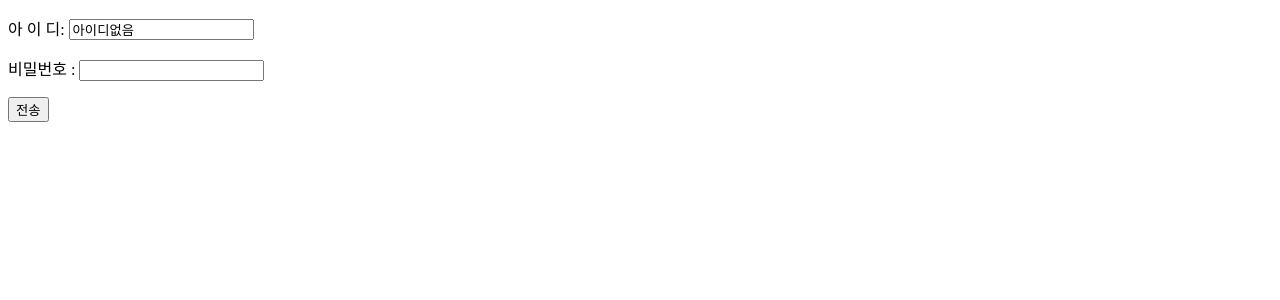
Repository: iwanttogohomenow/jspwork
Page: http://localhost/first/08_05_01_request01.jsp
These files come from the project's save history. The page is drawn as it stood at one moment and after the next save; the edit follows.
The browser window is 1280 px wide. The pictures show the whole page.
The page is served by Tomcat 9. Other server files are loaded and not shown.

Above is the page before, as saved 2023-03-07 03:56:01.

### first/src/main/webapp/08_05_01_request01.jsp
<%@ page language="java" contentType="text/html; charset=UTF-8"
	pageEncoding="UTF-8"%>
<!DOCTYPE html>
<%
String ids = request.getParameter("id") !=
null ? request.getParameter("id") : "아이디없음";
%>
<html>
<head>
<title>Implicit Objects</title>
</head>
<body>
	<form action="08_05_01_request01_process.jsp" method="get">
		<!-- <form method="get"> -->
		<p>
			아 이 디: <input type="text" name="id" value="<%=ids%>">
		</p>
		<p>
			비밀번호 : <input type="password" name="passwd">
		</p>
		<input type="submit" value="전송" />


	</form>

</body>
</html>

After the next save:
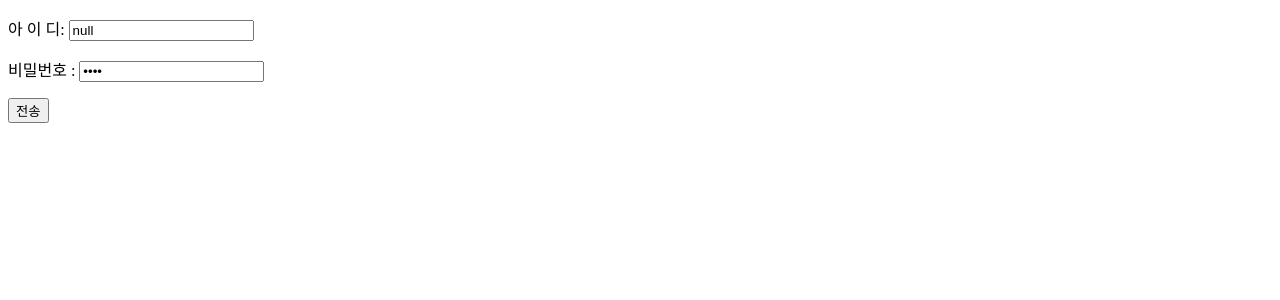
Saved 15 min 30 s later.
--- a/first/src/main/webapp/08_05_01_request01.jsp
+++ b/first/src/main/webapp/08_05_01_request01.jsp
@@ -13,10 +13,10 @@ null ? request.getParameter("id") : "아이디없음";
 	<form action="08_05_01_request01_process.jsp" method="get">
 		<!-- <form method="get"> -->
 		<p>
-			아 이 디: <input type="text" name="id" value="<%=ids%>">
+			아 이 디: <input type="text" name="id" value="<%=request.getParameter("id")%>">
 		</p>
 		<p>
-			비밀번호 : <input type="password" name="passwd">
+			비밀번호 : <input type="password" name="passwd" value="<%= request.getParameter("passwd")%>">
 		</p>
 		<input type="submit" value="전송" />
 
